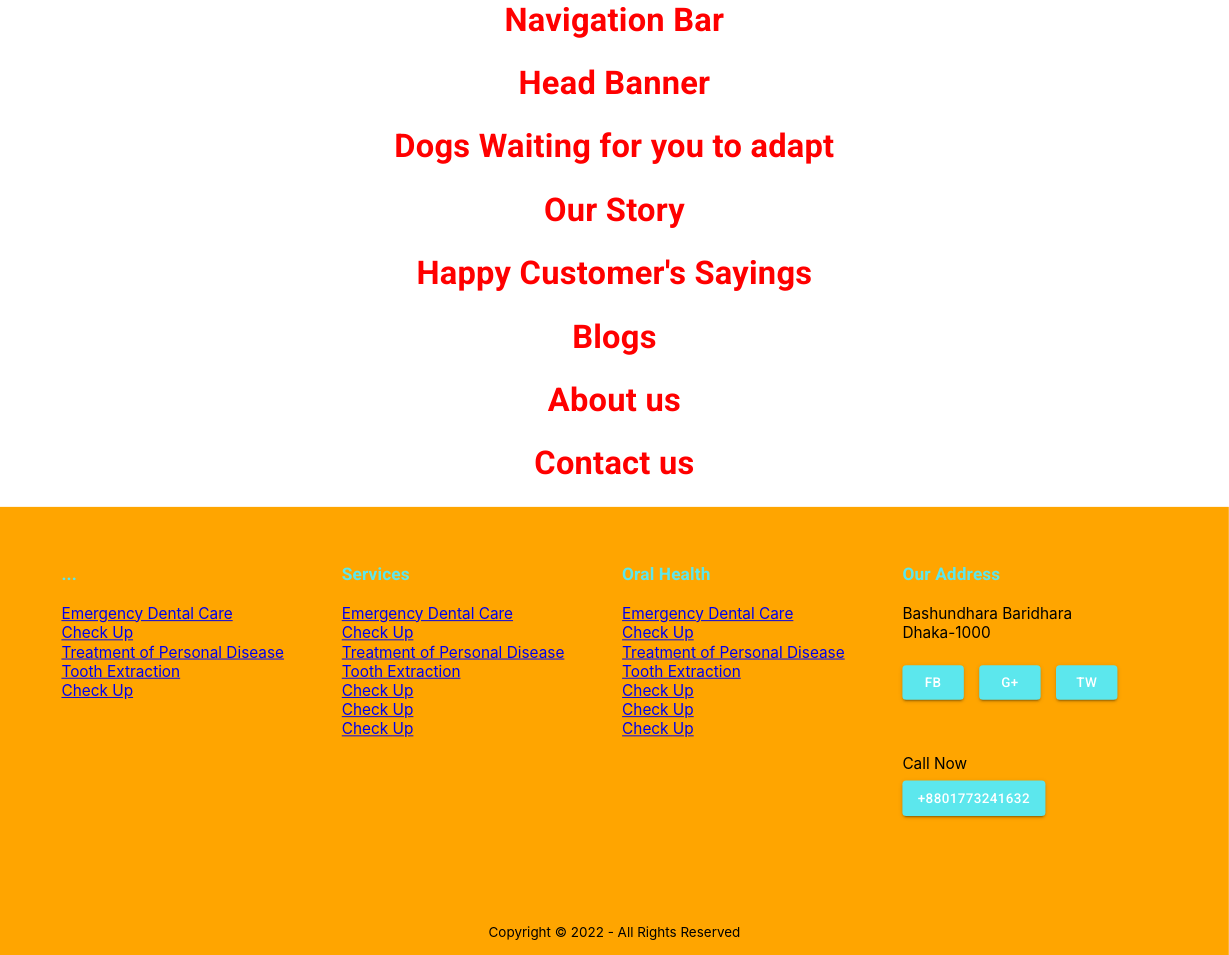
Repository: Sharif-00112/dogos-paradise-client
Page: /
An editor plug-in stored every save of this project. The page is shown before and after the next save, followed by the edit.
The browser window is 1280 px wide. The pictures show the whole page, at 96% of full size.
The page's requests for data from a server got no answer. The project was rebuilt for these pictures with package versions that can differ from the ones it lists, and the page was loaded fresh each time. Some packages were replaced by stand-ins written for this rebuild. No one was signed in, and anything a server would have sent is missing. Also part of the build but not shown: src/Pages/Login/Login/Login.js, src/Pages/Login/Register/Register.js, src/Pages/NotFound/NotFound.js.

Above is the page before, as saved 2022-11-30 22:29:37.

### public/index.html
<!DOCTYPE html>
<html lang="en">
  <head>
    <meta charset="utf-8" />
    <link rel="icon" href="%PUBLIC_URL%/favicon.ico" />
    <meta name="viewport" content="width=device-width, initial-scale=1" />
    <meta name="theme-color" content="#000000" />
    <meta
      name="description"
      content="Web site created using create-react-app"
    />
    <link
      rel="stylesheet" href="https://fonts.googleapis.com/css?family=Roboto:300,400,500,700&display=swap"
    />

    <link rel="apple-touch-icon" href="%PUBLIC_URL%/logo192.png" />
    <!--
      manifest.json provides metadata used when your web app is installed on a
      user's mobile device or desktop. See https://developers.google.com/web/fundamentals/web-app-manifest/
    -->
    <link rel="manifest" href="%PUBLIC_URL%/manifest.json" />
    <!--
      Notice the use of %PUBLIC_URL% in the tags above.
      It will be replaced with the URL of the `public` folder during the build.
      Only files inside the `public` folder can be referenced from the HTML.

      Unlike "/favicon.ico" or "favicon.ico", "%PUBLIC_URL%/favicon.ico" will
      work correctly both with client-side routing and a non-root public URL.
      Learn how to configure a non-root public URL by running `npm run build`.
    -->
    <title>React App</title>
  </head>
  <body>
    <noscript>You need to enable JavaScript to run this app.</noscript>
    <div id="root"></div>
    <!--
      This HTML file is a template.
      If you open it directly in the browser, you will see an empty page.

      You can add webfonts, meta tags, or analytics to this file.
      The build step will place the bundled scripts into the <body> tag.

      To begin the development, run `npm start` or `yarn start`.
      To create a production bundle, use `npm run build` or `yarn build`.
    -->
  </body>
</html>

### src/App.js
import React  from 'react';
import './App.css';
import { BrowserRouter as Router, Route, Routes} from 'react-router-dom';
import Home from './Pages/Home/Home/Home';
import Login from './Pages/Login/Login/Login';
import Register from './Pages/Login/Register/Register';
import AuthProvider from './contexts/AuthProvider/AuthProvider';
// import PrivateRoute from './Pages/Login/PrivateRoute/PrivateRoute';
import NotFound from './Pages/NotFound/NotFound';
import Contact from './Pages/Home/Contact/Contact';
import Products from './Pages/Home/Products/Products';
import Story from './Pages/Home/Story/Story';
import CustomerReviews from './Pages/Home/CustomerReviews/CustomerReviews';
import Blogs from './Pages/Home/Blogs/Blogs';
import About from './Pages/Home/About/About';
// import Footer from './Pages/Shared/Footer/Footer';
// import Dashboard from './Pages/Dashboard/Dashboard/Dashboard';

function App() {
  return (
    <div className="App">
      <AuthProvider>
        <Router>
          <Routes>
            <Route exact path = '/' element={<Home/>}/>
            <Route exact path = '/home' element={<Home/>}/>
            <Route exact path = '/login' element={<Login/>}/>
            <Route exact path = '/register' element={<Register/>}/>
            <Route exact path = '/contact' element={<Contact/>}/>
            <Route exact path = '/products' element={<Products/>}/>
            <Route exact path = '/story' element={<Story/>}/>
            <Route exact path = '/reviews' element={<CustomerReviews/>}/>
            <Route exact path = '/blogs' element={<Blogs/>}/>
            <Route exact path = '/about' element={<About/>}/>
            {/* <Route exact path = '/appointment' element = {
              <PrivateRoute>
                <Appointment></Appointment>
              </PrivateRoute>
            }> </Route> */}
            {/* <Route path = 'dashboard/*' element = {
              <PrivateRoute>
                <Dashboard></Dashboard>
              </PrivateRoute>
            }> </Route> */}
            <Route path = '*' element={<NotFound/>}/>
          </Routes>
          {/* <Footer></Footer> */}
        </Router>
      </AuthProvider>
    </div>
  );
}

export default App;

### src/Pages/Home/Home/Home.js
import React from 'react';
import Footer from '../../Shared/Footer/Footer';
import Navigation from '../../Shared/Navigation/Navigation';
import About from '../About/About';
import Banner from '../Banner/Banner';
import Blogs from '../Blogs/Blogs';
import Contact from '../Contact/Contact';
import CustomerReviews from '../CustomerReviews/CustomerReviews';
import Products from '../Products/Products';
import Story from '../Story/Story';

const Home = () => {
    return (
        <div>
            <Navigation></Navigation>
            <Banner></Banner>
            <Products></Products>
            <Story></Story>
            <CustomerReviews></CustomerReviews>
            <Blogs></Blogs>
            <About></About>
            <Contact></Contact>
            <Footer></Footer>
        </div>
    );
};

export default Home;

### src/contexts/AuthProvider/AuthProvider.js
import React from 'react';
import { createContext } from 'react';
import useFirebase from '../../hooks/useFirebase';

//step-1-context
export const AuthContext = createContext();

const AuthProvider = (props) => {
    //step-3-context
    const {children} = props;

    //step-5-context
    const allContexts = useFirebase();

    return (
        //step-2-context
        <AuthContext.Provider value={allContexts}>
            {children}
        </AuthContext.Provider>
    );
};

export default AuthProvider;

### src/Pages/Home/Contact/Contact.js
import React from 'react';
import { Typography } from '@mui/material';

const Contact = () => {
    return (
        <div>
            <Typography sx={{ m: 3, color: 'red', fontWeight: 600 }} variant="h4" component="div">
                Contact us
            </Typography>
        </div>
    );
};

export default Contact;

### src/Pages/Home/Products/Products.js
import React from 'react';
import { Typography } from '@mui/material';

const Products = () => {
    return (
        <div>
            <Typography sx={{ m: 3, color: 'red', fontWeight: 600 }} variant="h4" component="div">
                Dogs Waiting for you to adapt
            </Typography>
        </div>
    );
};

export default Products;

### src/Pages/Home/Story/Story.js
import React from 'react';
import { Typography } from '@mui/material';


const Story = () => {
    return (
        <div>
            <Typography sx={{ m: 3, color: 'red', fontWeight: 600 }} variant="h4" component="div">
                Our Story
            </Typography>
        </div>
    );
};

export default Story;

### src/Pages/Home/CustomerReviews/CustomerReviews.js
import React from 'react';
import { Typography } from '@mui/material';


const CustomerReviews = () => {
    return (
        <div>
            <Typography sx={{ m: 3, color: 'red', fontWeight: 600 }} variant="h4" component="div">
                Happy Customer's Sayings
            </Typography>
        </div>
    );
};

export default CustomerReviews;

### src/Pages/Home/Blogs/Blogs.js
import React from 'react';
import { Typography } from '@mui/material';


const Blogs = () => {
    return (
        <div>
            <Typography sx={{ m: 3, color: 'red', fontWeight: 600 }} variant="h4" component="div">
                Blogs
            </Typography>
        </div>
    );
};

export default Blogs;

### src/Pages/Home/About/About.js
import React from 'react';
import { Typography } from '@mui/material';

const About = () => {
    return (
        <div>
            <Typography sx={{ m: 3, color: 'red', fontWeight: 600 }} variant="h4" component="div">
                About us
            </Typography>
        </div>
    );
};

export default About;

### src/Pages/Shared/Footer/Footer.js
import React from 'react';
import { Typography } from '@mui/material';
import { Container } from '@mui/system';
import Box from '@mui/material/Box';
import Grid from '@mui/material/Unstable_Grid2';
import { Link } from 'react-router-dom';
import { Button } from '@mui/material';


const Footer = () => {
    return (
        // <div>
        //     <Typography sx={{ m: 3, color: 'red', fontWeight: 600 }} variant="h4" component="div">
        //         Footer Area
        //     </Typography>
        // </div>

        <div style={{ backgroundColor: 'orange' }}>
        <Container sx={{ py: 5 }}>
            <Box sx={{ flexGrow: 1 }}>
                <Grid container spacing={2}>
                    <Grid item style={{ textAlign: 'left'}} xs={6} md={3}>
                        <Typography sx={{ my:2, fontSize: 18, fontWeight: 600 }} style={{color: '#5CE7ED'}} variant="h6" component="div">
                            ...
                        </Typography>
                        <Link to = '/emergencyDentalCare'>
                            Emergency Dental Care
                        </Link>
                        <br />
                        <Link to = '/checkUp'>
                            Check Up
                        </Link>
                        <br />
                        <Link to = '/treatmentOfPersonalDisease'>
                            Treatment of Personal Disease
                        </Link>
                        <br />
                        <Link to = '/toothExtraction'>
                            Tooth Extraction
                        </Link>
                        <br />
                        <Link to = '/checkUp'>
                            Check Up
                        </Link>
                    </Grid>
                    <Grid item style={{ textAlign: 'left'}} xs={6} md={3}>
                        <Typography sx={{ my:2, fontSize: 18, fontWeight: 600 }} style={{color: '#5CE7ED'}} variant="h6" component="div">
                            Services
                        </Typography>
                        <Link to = '/emergencyDentalCare'>
                            Emergency Dental Care
                        </Link>
                        <br />
                        <Link to = '/checkUp'>
                            Check Up
                        </Link>
                        <br />
                        <Link to = '/treatmentOfPersonalDisease'>
                            Treatment of Personal Disease
                        </Link>
                        <br />
                        <Link to = '/toothExtraction'>
                            Tooth Extraction
                        </Link>
                        <br />
                        <Link to = '/checkUp'>
                            Check Up
                        </Link>
                        <br />
                        <Link to = '/checkUp'>
                            Check Up
                        </Link>
                        <br />
                        <Link to = '/checkUp'>
                            Check Up
                        </Link>
                    </Grid>
                    <Grid item style={{ textAlign: 'left'}} xs={6} md={3}>
                        <Typography sx={{ my:2, fontSize: 18, fontWeight: 600 }} style={{color: '#5CE7ED'}} variant="h6" component="div">
                            Oral Health
                        </Typography>
                        <Link to = '/emergencyDentalCare'>
                            Emergency Dental Care
                        </Link>
                        <br />
                        <Link to = '/checkUp'>
                            Check Up
                        </Link>
                        <br />
                        <Link to = '/treatmentOfPersonalDisease'>
                            Treatment of Personal Disease
                        </Link>
                        <br />
                        <Link to = '/toothExtraction'>
                            Tooth Extraction
                        </Link>
                        <br />
                        <Link to = '/checkUp'>
                            Check Up
                        </Link>
                        <br />
                        <Link to = '/checkUp'>
                            Check Up
                        </Link>
                        <br />
                        <Link to = '/checkUp'>
                            Check Up
                        </Link>
                    </Grid>
                    <Grid item style={{ textAlign: 'left'}} xs={6} md={3}>
                        <Typography sx={{ my:2, fontSize: 18, fontWeight: 600 }} style={{color: '#5CE7ED'}} variant="h6" component="div">
                            Our Address
                        </Typography>
                        <Typography sx={{ fontSize: 16, fontWeight: 400 }} variant="" component="div">
                                Bashundhara Baridhara <br />
                                Dhaka-1000
                        </Typography>

                        {/* <Button>
                            <FontAwesomeIcon icon={faShoppingCart} /> Cart
                            <FontAwesomeIcon icon="fa-brands fa-facebook" />
                        </Button> */}

                        <a href="https://www.facebook.com/" target="_blank" style={{ textDecoration:'none', color:'white' }}>
                            <Button sx={{ mt:3, mr:2 }} variant="contained" style={{backgroundColor: '#5CE7ED'}}>
                                FB
                            </Button>
                        </a>
                        <a href="https://www.google.com/" target="_blank" style={{ textDecoration:'none', color:'white' }}>
                            <Button sx={{ mt:3, mr:2 }} variant="contained" style={{backgroundColor: '#5CE7ED'}}>
                                G+
                            </Button>
                        </a>
                        <a href="https://twitter.com/" target="_blank" style={{ textDecoration:'none', color:'white' }}>
                            <Button sx={{ mt:3, mr:2 }} variant="contained" style={{backgroundColor: '#5CE7ED'}}>
                                TW
                            </Button>
                        </a>

                        <Typography sx={{ mt:7, fontSize: 16, fontWeight: 400 }} variant="" component="div">
                                Call Now
                        </Typography>
                        <a href="tel:+8801773241632" style={{ textDecoration:'none', color:'white' }}>
                            <Button sx={{ mt:1, mr:2 }} variant="contained" style={{backgroundColor: '#5CE7ED'}}>
                                +8801773241632
                            </Button>
                        </a>
                    </Grid>
                </Grid>
            </Box>
        </Container>
        <Typography sx={{ p:2, mt:7, fontSize: 14, fontWeight: 400 }} variant="" component="div">
            Copyright &copy; 2022 - All Rights Reserved
        </Typography>
    </div>
    );
};

export default Footer;

### src/Pages/Shared/Navigation/Navigation.js
import React from 'react';
import { Typography } from '@mui/material';

const Navigation = () => {
    return (
        <div>
            <Typography sx={{ mx: 3, color: 'red', fontWeight: 600 }} variant="h4" component="div">
                Navigation Bar
            </Typography>
        </div>
    );
};

export default Navigation;

### src/Pages/Home/Banner/Banner.js
import React from 'react';
import { Typography } from '@mui/material';

const Banner = () => {
    return (
        <div>
            <Typography sx={{ m: 3, color: 'red', fontWeight: 600 }} variant="h4" component="div">
                Head Banner
            </Typography>
        </div>
    );
};

export default Banner;

### src/Pages/Login/Firebase/firebase.initialize.js
import { initializeApp } from "firebase/app";
import firebaseConfig from "./firebase.config";

const initializeAuthentication = () =>{
    initializeApp(firebaseConfig);
}

export default initializeAuthentication;

### src/Pages/Login/Firebase/firebase.config.js
// console.log(process.env);

const firebaseConfig = {
  apiKey: process.env.REACT_APP_FIREBASE_API_KEY,
  authDomain: process.env.REACT_APP_FIREBASE_AUTH_DOMAIN,
  projectId: process.env.REACT_APP_FIREBASE_PROJECT_ID,
  storageBucket: process.env.REACT_APP_FIREBASE_STORAGE_BUCKET,
  messagingSenderId: process.env.REACT_APP_FIREBASE_MESSAGING_SENDER_ID,
  appId: process.env.REACT_APP_FIREBASE_APP_ID,
  measurementId: process.env.REACT_APP_FIREBASE_MEASUREMENT_ID
};

export default firebaseConfig;

// .env.local
// REACT_APP_FIREBASE_API_KEY=AIzaSyCGaQ8G2l5KeOKX4bAJ7MC19oWW_2vnTNQ
// REACT_APP_FIREBASE_AUTH_DOMAIN=dogos-paradise.firebaseapp.com
// REACT_APP_FIREBASE_PROJECT_ID=dogos-paradise
// REACT_APP_FIREBASE_STORAGE_BUCKET=dogos-paradise.appspot.com
// REACT_APP_FIREBASE_MESSAGING_SENDER_ID=824394057307
// REACT_APP_FIREBASE_APP_ID=1:824394057307:web:727ac0c86627b9544a617e
// REACT_APP_FIREBASE_MEASUREMENT_ID=G-DL8JJ6MYSD

// const firebaseConfig = {
  // apiKey: "AIzaSyCGaQ8G2l5KeOKX4bAJ7MC19oWW_2vnTNQ",
  // authDomain: "dogos-paradise.firebaseapp.com",
  // projectId: "dogos-paradise",
  // storageBucket: "dogos-paradise.appspot.com",
  // messagingSenderId: "824394057307",
  // appId: "1:824394057307:web:727ac0c86627b9544a617e",
  // measurementId: "G-DL8JJ6MYSD"
// };

Loaded but not shown: src/index.js (common file); src/index.css (common file); src/reportWebVitals.js (common file); src/App.css (common file); src/hooks/useFirebase.js (273 lines, source omitted)

After the next save:
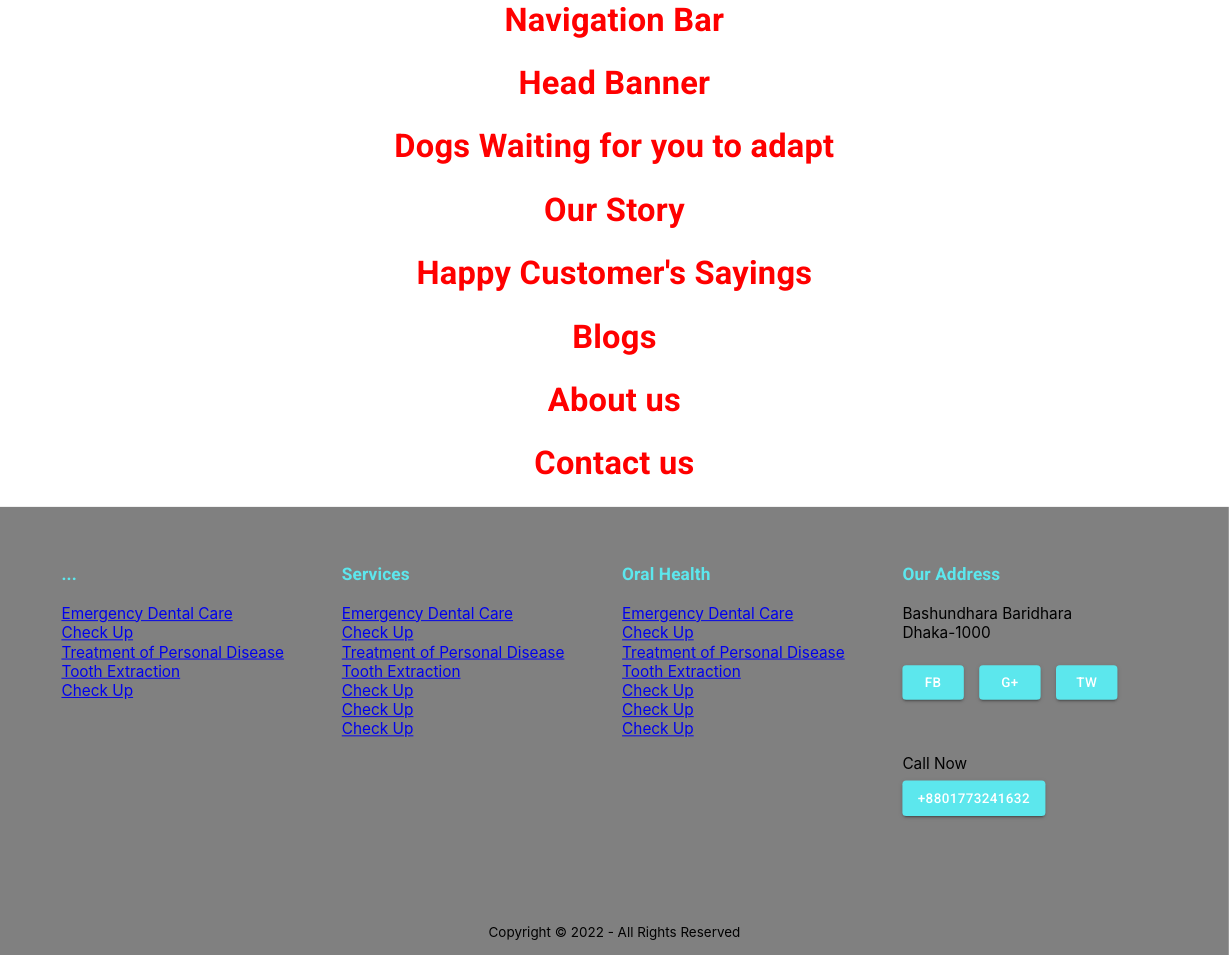
Saved 14 s later.
--- a/src/Pages/Shared/Footer/Footer.js
+++ b/src/Pages/Shared/Footer/Footer.js
@@ -15,7 +15,7 @@ const Footer = () => {
         //     </Typography>
         // </div>
 
-        <div style={{ backgroundColor: 'orange' }}>
+        <div style={{ backgroundColor: 'gray' }}>
         <Container sx={{ py: 5 }}>
             <Box sx={{ flexGrow: 1 }}>
                 <Grid container spacing={2}>
